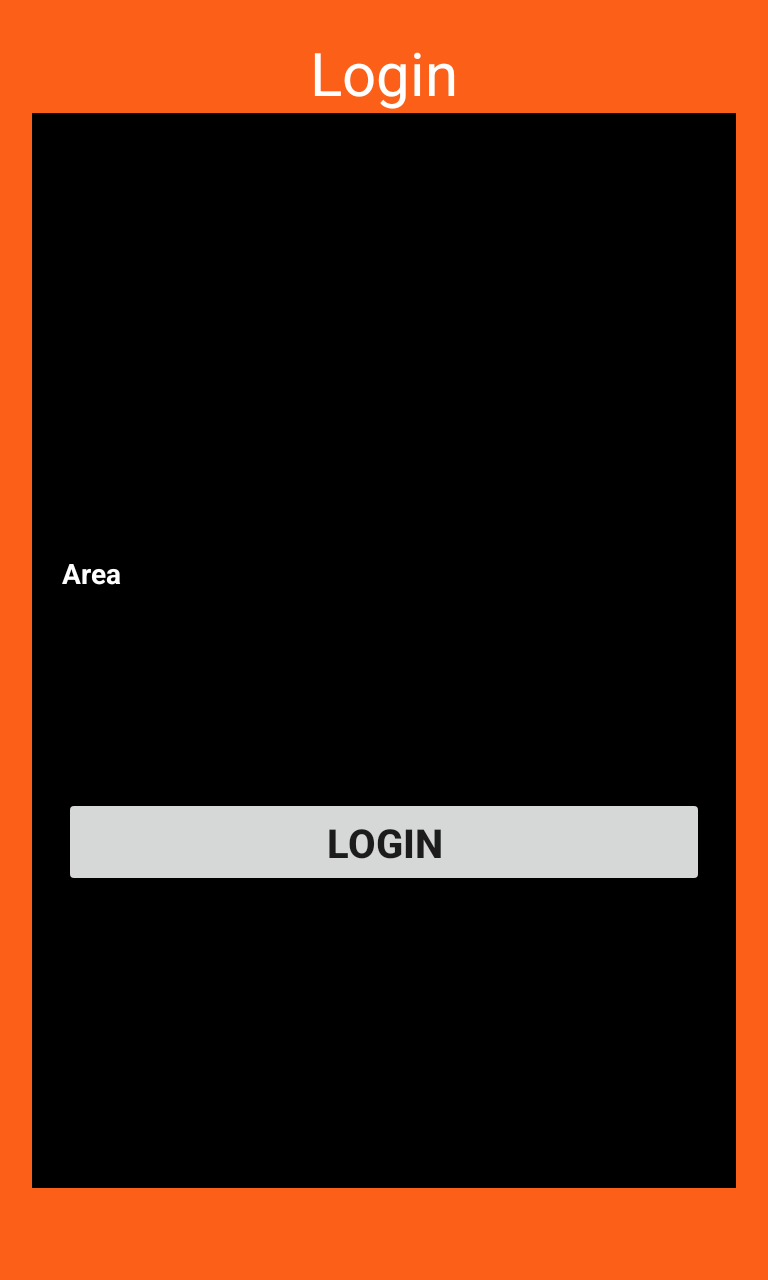
Repository: MushfiqurRahman/BLink3gApp
Layout: 3gExperience/res/layout/fragment_login.xml
These files come from the project's save history. The layout is drawn as it stood at one moment and after the next save; the edit follows.
It is drawn on a 768 x 1280 px phone screen (xhdpi) without system bars, with theme AppTheme; the app's code is not run.

Above is the layout before, as saved 2014-05-20 17:44:59.

After the next save:
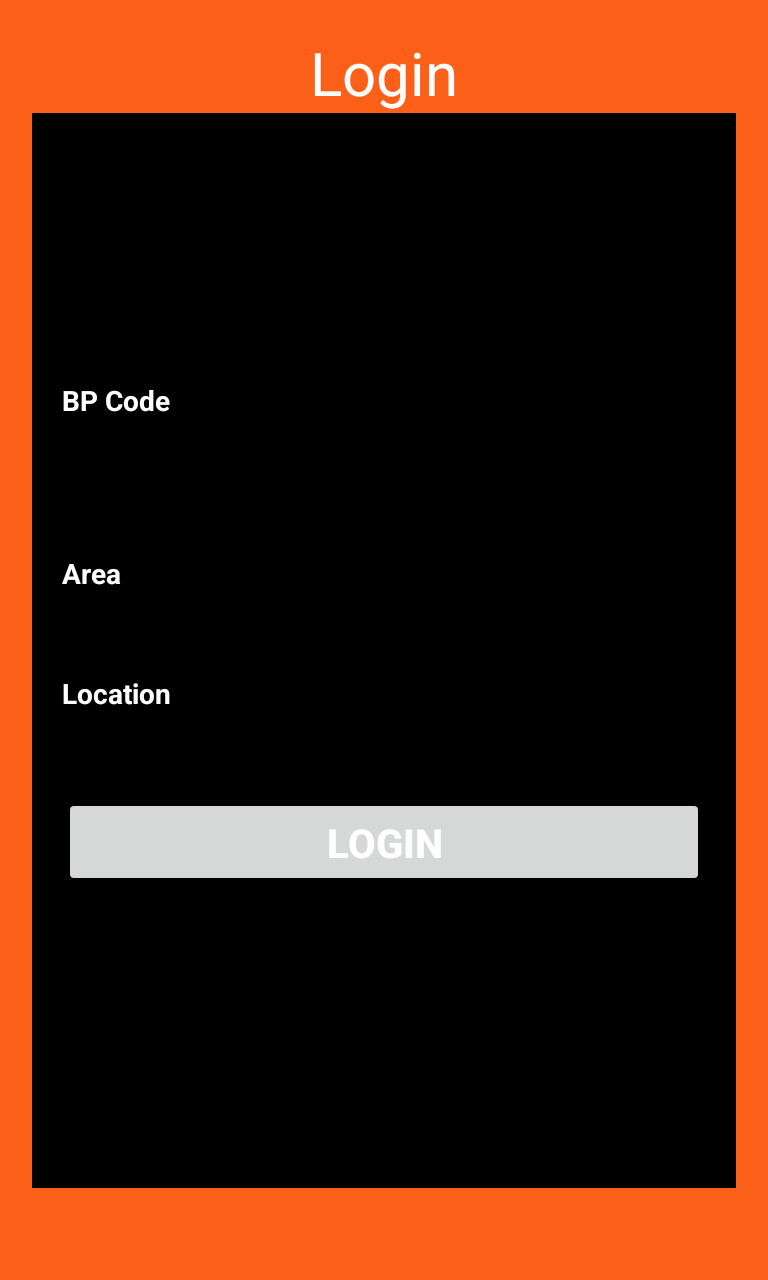
Saved 41 s later.
--- a/3gExperience/res/layout/fragment_login.xml
+++ b/3gExperience/res/layout/fragment_login.xml
@@ -56,6 +56,7 @@
                 android:layout_height="wrap_content"
                 android:layout_marginBottom="2dp"
                 android:text="@string/bp_code"
+                android:textColor="#FFFFFF"
                 android:textStyle="bold" />
         </LinearLayout>
 
@@ -104,6 +105,7 @@
                 android:layout_height="wrap_content"
                 android:layout_marginBottom="2dp"
                 android:text="@string/location"
+                android:textColor="#FFFFFF"
                 android:textStyle="bold" />
         </LinearLayout>
 
@@ -123,6 +125,7 @@
             android:layout_marginBottom="15dp"
             android:text="@string/login"
             android:textSize="20sp"
+            android:textColor="#FFFFFF"
             android:textStyle="bold" />
     </LinearLayout>
 
